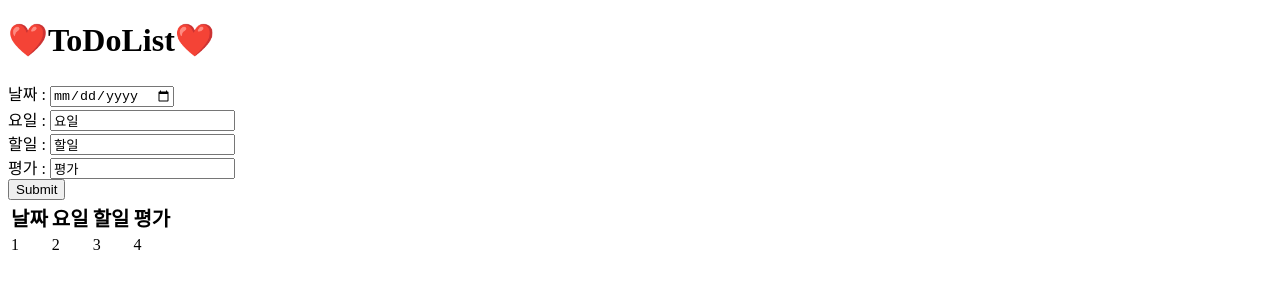
Repository: Flower-Deer/Mybatis_Practice_TodoList
Page: http://localhost/ToDoList/test.jsp
The author's editor kept a copy of each file at every save. The page is drawn from the files as they stood at one save, then again after the next save.
The browser window is 1280 px wide. The pictures show the whole page.
The page is served by Tomcat 9.

Above is the page before, as saved 2023-03-18 06:09:55.

### ToDoList/src/main/webapp/test.jsp
<%@ page language="java" contentType="text/html; charset=UTF-8"
    pageEncoding="UTF-8"%>
<!DOCTYPE html>
<html>
<head>
<meta charset="EUC-KR">
<title>투두리스트</title>
</head>
<body>
<h1>❤️ToDoList❤️</h1>
<form>
	날짜 : <input type="date"> <br/>
	요일 : <input type="text" value="요일"> <br/>
	할일 : <input type="text" value="할일"> <br/>
	평가 : <input type="text" value="평가"> <br/>
	<input type="submit">
</form>
<table>
	<thead style="font-size: 20px;">
		<tr>
			<th>날짜</th>
			<th>요일</th>
			<th>할일</th>
			<th>평가</th>
		</tr>
	</thead>
	<tbody>
		<tr>
			<td>1</td>
			<td>2</td>
			<td>3</td>
			<td>4</td>
		</tr>
	</tbody>
</table>
</body>
</html>

After the next save:
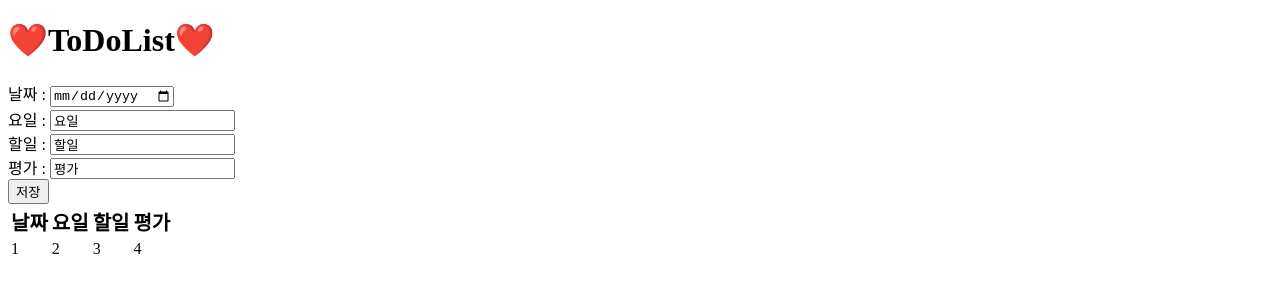
Saved 13 s later.
--- a/ToDoList/src/main/webapp/test.jsp
+++ b/ToDoList/src/main/webapp/test.jsp
@@ -13,7 +13,7 @@
 	요일 : <input type="text" value="요일"> <br/>
 	할일 : <input type="text" value="할일"> <br/>
 	평가 : <input type="text" value="평가"> <br/>
-	<input type="submit">
+	<input type="submit" value="저장">
 </form>
 <table>
 	<thead style="font-size: 20px;">
